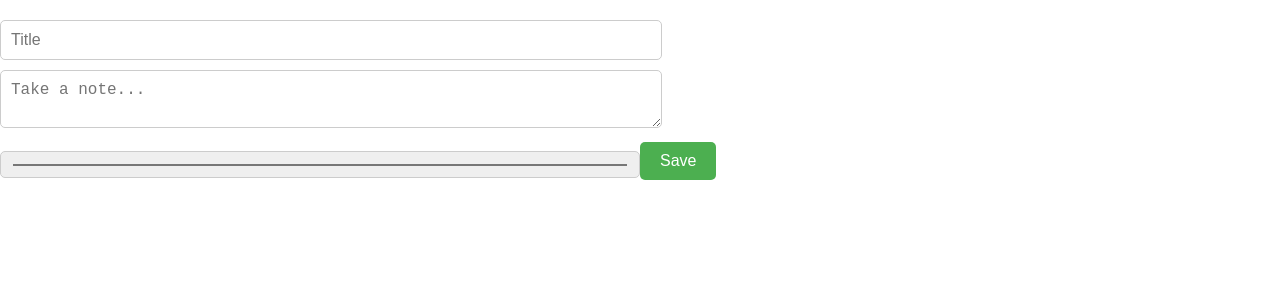
Repository: drumsmanku/google-keep-clone-1
Page: /
These files come from the project's save history. The page is drawn as it stood at one moment and after the next save; the edit follows.
The browser window is 1280 px wide. The pictures show the whole page.
The project was rebuilt for these pictures with package versions that can differ from the ones it lists, and the page was loaded fresh each time. Also part of the build but not shown: src/Components/Note.css, src/Components/Note.js, src/App.css.

Above is the page before, as saved 2023-12-22 21:51:06.

After the next save:
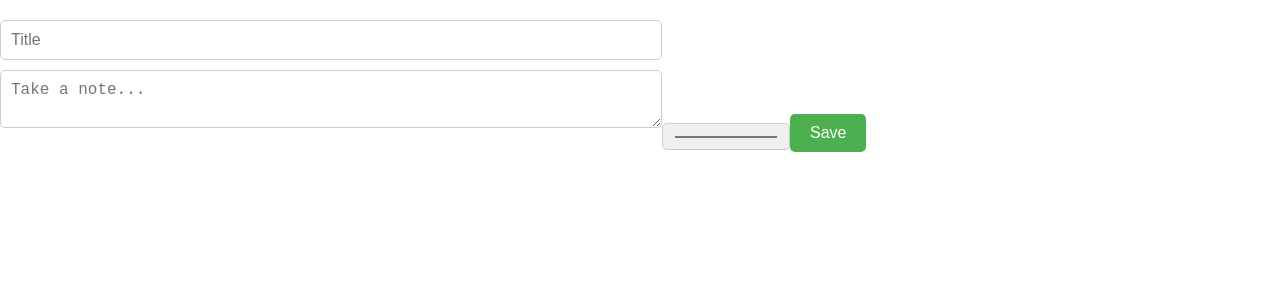
Saved 42 s later.
--- a/src/Components/NoteForm.css
+++ b/src/Components/NoteForm.css
@@ -5,6 +5,15 @@
 .note-form input,
 .note-form textarea {
   width: 50%;
+  padding: 10px;
+  margin-bottom: 10px;
+  font-size: 16px;
+  border: 1px solid #ccc;
+  border-radius: 5px;
+}
+
+.note-form input[type='color']{
+  width: 10%;
   padding: 10px;
   margin-bottom: 10px;
   font-size: 16px;
